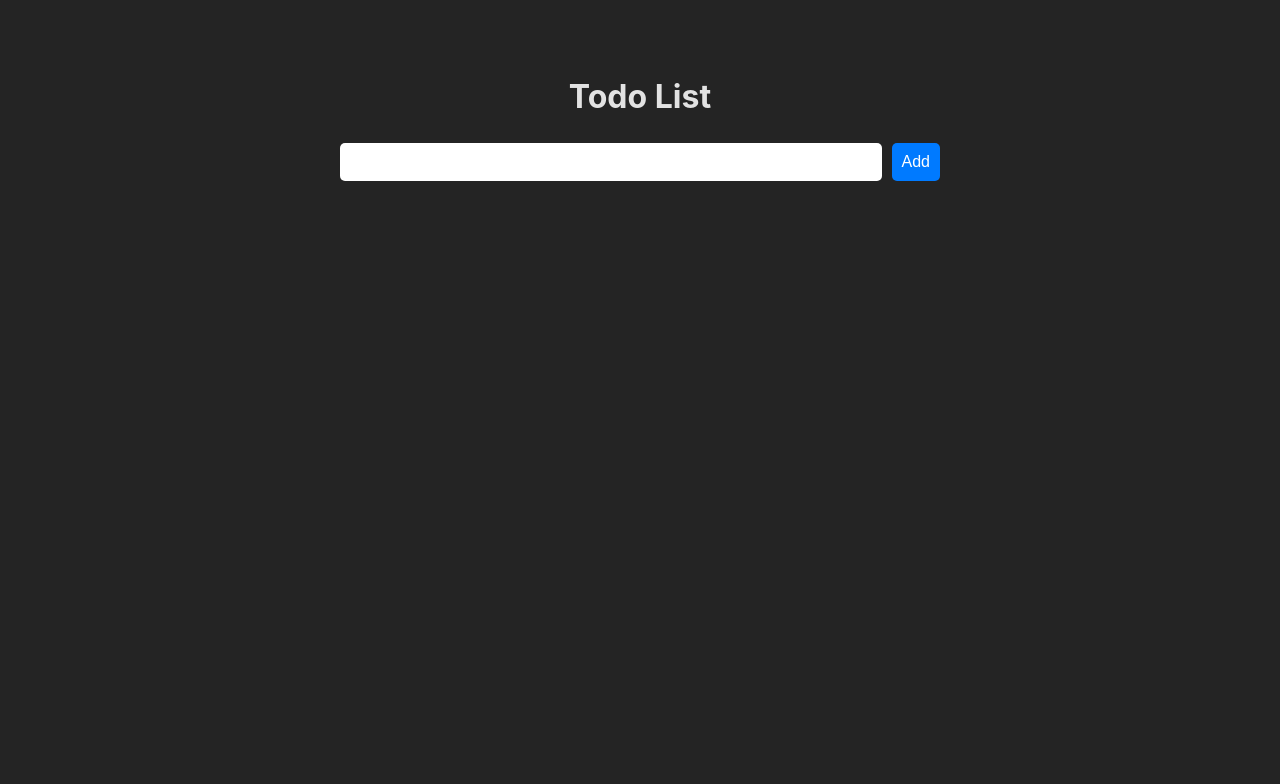
Repository: bianphang/todo-list_vanilla-js
Page: index.html
The author's editor kept a copy of each file at every save. The page is drawn from the files as they stood at one save, then again after the next save.
The browser window is 1280 px wide. The pictures show the whole page.

Above is the page before, as saved 2024-06-10 14:41:38.

### index.html
<!DOCTYPE html>
<html lang="en">
  <head>
    <meta charset="UTF-8" />
    <meta name="viewport" content="width=device-width, initial-scale=1.0" />
    <title>Todo List</title>
    <link rel="stylesheet" href="styles.css" />
  </head>
  <body>
    <div class="container">
      <h1 class="title">Todo List</h1>
      <form class="form" id="addForm">
        <input class="input" id="addInput" type="text" />
        <button class="btn">Add</button>
      </form>
      <ul class="todo-list" id="todoList"></ul>
    </div>
    <script src="script.js"></script>
  </body>
</html>

### styles.css
body {
  font-family: Inter, system-ui, Avenir, Helvetica, Arial, sans-serif;
  line-height: 1.5;
  font-weight: 400;

  color-scheme: light dark;
  color: rgba(255, 255, 255, 0.87);
  background-color: #242424;
  max-width: 1280px;
  min-height: 100vh;
  margin: 0 auto;
  padding: 2rem;
  text-align: center;
}

.container {
  max-width: 600px;
  padding: 20px;
  position: relative;
  top: 0;
  left: 50%;
  transform: translate(-50%, 0);
}

.title {
  text-align: center;
}

.todo-list {
  min-height: 200px;
  list-style: none;
  padding: 0;
  margin-top: 50px;
}

.todo-item {
  display: flex;
  justify-content: space-between;
  align-items: center;

  max-width: 100%;
  padding: 10px;
  margin-bottom: 10px;
  font-size: 16px;
  border-radius: 10px;
  border: 2px solid gray;
  background-color: #f5f5f5;
}

.todo-item .todo-label {
  flex: 1;
  font-size: 20px;
  text-align: left;
  color: black;
}

.todo-item .todo-action {
  display: flex;
  gap: 10px;
}

.form {
  width: 100%;
  display: flex;
  align-items: center;
  gap: 10px;
}

.input {
  flex: 1;
  padding: 10px;
  font-size: 16px;
  border-radius: 5px;
  border: none;
}

.btn {
  padding: 10px;
  font-size: 16px;
  color: #fff;
  background-color: #007aff;
  border-radius: 5px;
  border: none;
  cursor: pointer;
}

.btn:hover {
  opacity: 0.7;
}

.btn.btn-edit {
  background-color: #baa800;
}

.btn.btn-delete {
  background-color: #dc3545;
}

.btn.btn-done {
  background-color: #28a745;
}

.todo-item.done {
  background-color: #565656;
}

.todo-item.done .todo-label {
  text-decoration: line-through;
  color: white;
}

.todo-item.done .btn-done {
  background-color: #baa800;
}

.container ul li button.delete {
  color: #dc3545;
}

.container ul li button.delete:hover {
  color: #c82333;
}

.container ul li button.update {
  color: #ff9800;
}

.container ul li button.update:hover {
  color: #ff5722;
}

.container ul li button.done {
  color: #28a745;
}

.container ul li button.done:hover {
  color: #218838;
}

Loaded but not shown: script.js (no stored copy; drawn as an empty file)

After the next save:
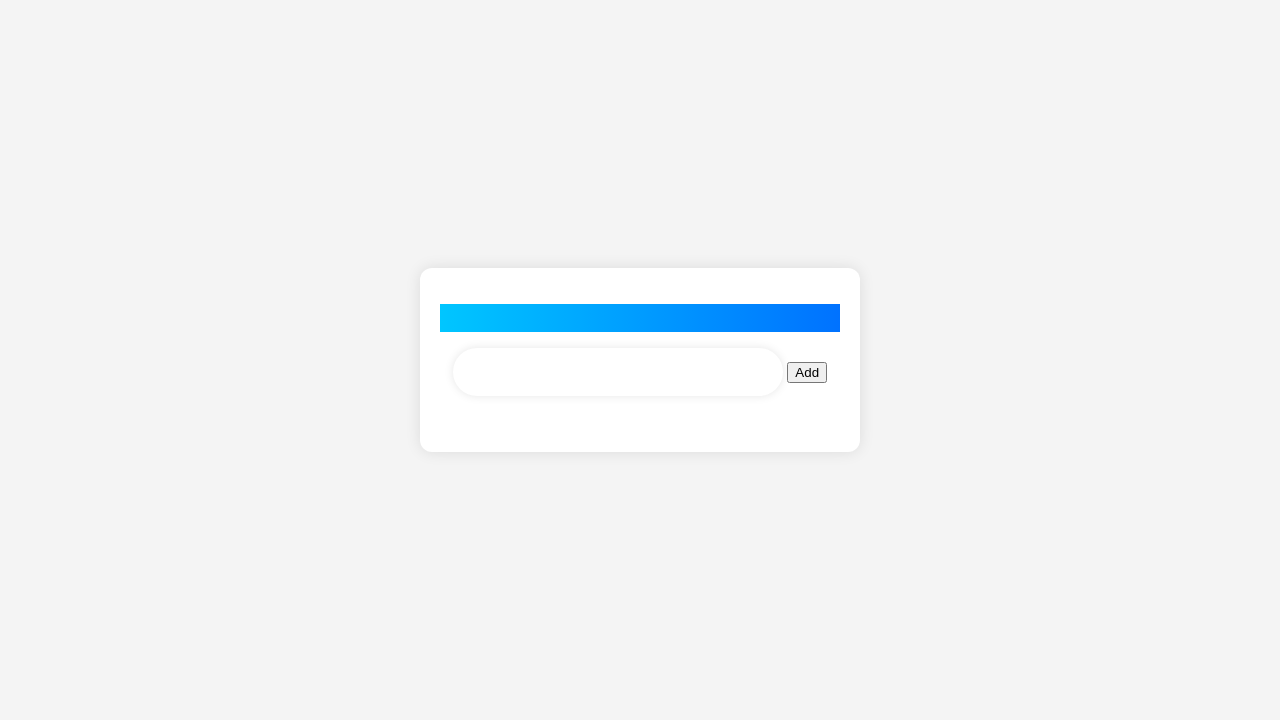
Saved 19 s later.
--- a/styles.css
+++ b/styles.css
@@ -1,116 +1,81 @@
 body {
-  font-family: Inter, system-ui, Avenir, Helvetica, Arial, sans-serif;
-  line-height: 1.5;
-  font-weight: 400;
+  font-family: Arial, sans-serif;
+  display: flex;
+  justify-content: center;
+  align-items: center;
+  height: 100vh;
+  margin: 0;
+  background-color: #f4f4f4;
+}
 
-  color-scheme: light dark;
-  color: rgba(255, 255, 255, 0.87);
-  background-color: #242424;
-  max-width: 1280px;
-  min-height: 100vh;
-  margin: 0 auto;
-  padding: 2rem;
+.container {
+  background: white;
+  padding: 20px;
+  border-radius: 12px;
+  box-shadow: 0 0 15px rgba(0, 0, 0, 0.1);
+  width: 400px;
   text-align: center;
 }
 
-.container {
-  max-width: 600px;
-  padding: 20px;
-  position: relative;
-  top: 0;
-  left: 50%;
-  transform: translate(-50%, 0);
+.container h1 {
+  font-size: 24px;
+  background: linear-gradient(to right, #00c6ff, #0072ff);
+  -webkit-text-fill-color: transparent;
 }
 
-.title {
-  text-align: center;
+.container input[type='text'] {
+  width: calc(100% - 100px);
+  padding: 15px;
+  margin-bottom: 20px;
+  border: none;
+  border-radius: 25px;
+  box-shadow: 0 0 10px rgba(0, 0, 0, 0.1);
+  font-size: 16px;
 }
 
-.todo-list {
-  min-height: 200px;
+.container #add-btn {
+  padding: 15px;
+  border: none;
+  background: linear-gradient(to right, #00c6ff, #0072ff);
+  color: white;
+  cursor: pointer;
+  border-radius: 25px;
+  margin-left: 10px;
+  font-size: 16px;
+  transition: background-color 0.3s;
+}
+
+.container #add-btn:hover {
+  background: linear-gradient(to right, #0072ff, #00c6ff);
+}
+
+.container ul {
   list-style: none;
   padding: 0;
-  margin-top: 50px;
 }
 
-.todo-item {
+.container ul li {
   display: flex;
   justify-content: space-between;
   align-items: center;
-
-  max-width: 100%;
-  padding: 10px;
+  padding: 15px;
   margin-bottom: 10px;
-  font-size: 16px;
+  border: 1px solid #ccc;
   border-radius: 10px;
-  border: 2px solid gray;
-  background-color: #f5f5f5;
+  background: #f9f9f9;
+  box-shadow: 0 0 10px rgba(0, 0, 0, 0.05);
 }
 
-.todo-item .todo-label {
-  flex: 1;
-  font-size: 20px;
-  text-align: left;
-  color: black;
+.container ul li.done {
+  text-decoration: line-through;
+  color: #777;
 }
 
-.todo-item .todo-action {
-  display: flex;
-  gap: 10px;
-}
-
-.form {
-  width: 100%;
-  display: flex;
-  align-items: center;
-  gap: 10px;
-}
-
-.input {
-  flex: 1;
-  padding: 10px;
-  font-size: 16px;
-  border-radius: 5px;
-  border: none;
-}
-
-.btn {
-  padding: 10px;
-  font-size: 16px;
-  color: #fff;
-  background-color: #007aff;
-  border-radius: 5px;
+.container ul li button {
+  background: transparent;
   border: none;
   cursor: pointer;
-}
-
-.btn:hover {
-  opacity: 0.7;
-}
-
-.btn.btn-edit {
-  background-color: #baa800;
-}
-
-.btn.btn-delete {
-  background-color: #dc3545;
-}
-
-.btn.btn-done {
-  background-color: #28a745;
-}
-
-.todo-item.done {
-  background-color: #565656;
-}
-
-.todo-item.done .todo-label {
-  text-decoration: line-through;
-  color: white;
-}
-
-.todo-item.done .btn-done {
-  background-color: #baa800;
+  font-size: 18px;
 }
 
 .container ul li button.delete {

After the save that followed:
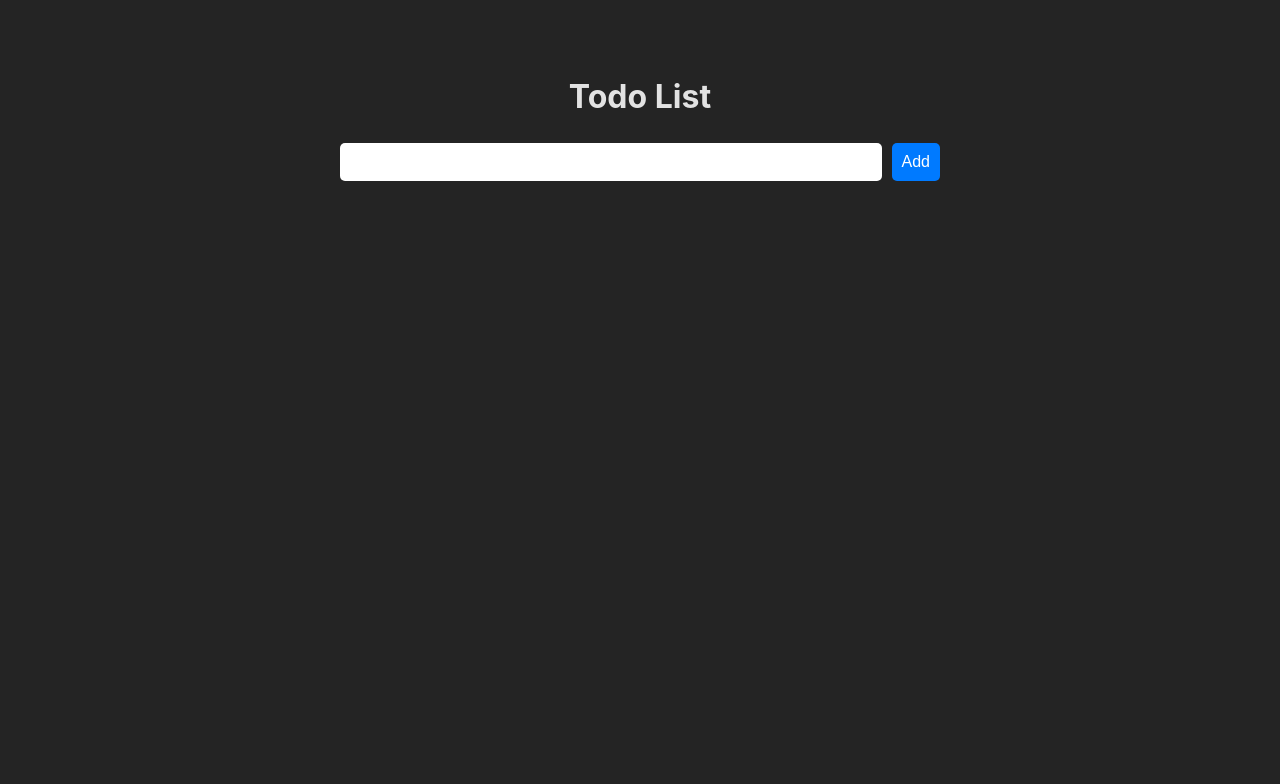
Saved 97 s later.
--- a/styles.css
+++ b/styles.css
@@ -1,81 +1,116 @@
 body {
-  font-family: Arial, sans-serif;
-  display: flex;
-  justify-content: center;
-  align-items: center;
-  height: 100vh;
-  margin: 0;
-  background-color: #f4f4f4;
+  font-family: Inter, system-ui, Avenir, Helvetica, Arial, sans-serif;
+  line-height: 1.5;
+  font-weight: 400;
+
+  color-scheme: light dark;
+  color: rgba(255, 255, 255, 0.87);
+  background-color: #242424;
+  max-width: 1280px;
+  min-height: 100vh;
+  margin: 0 auto;
+  padding: 2rem;
+  text-align: center;
 }
 
 .container {
-  background: white;
+  max-width: 600px;
   padding: 20px;
-  border-radius: 12px;
-  box-shadow: 0 0 15px rgba(0, 0, 0, 0.1);
-  width: 400px;
+  position: relative;
+  top: 0;
+  left: 50%;
+  transform: translate(-50%, 0);
+}
+
+.title {
   text-align: center;
 }
 
-.container h1 {
-  font-size: 24px;
-  background: linear-gradient(to right, #00c6ff, #0072ff);
-  -webkit-text-fill-color: transparent;
+.todo-list {
+  min-height: 200px;
+  list-style: none;
+  padding: 0;
+  margin-top: 50px;
 }
 
-.container input[type='text'] {
-  width: calc(100% - 100px);
-  padding: 15px;
-  margin-bottom: 20px;
-  border: none;
-  border-radius: 25px;
-  box-shadow: 0 0 10px rgba(0, 0, 0, 0.1);
-  font-size: 16px;
-}
-
-.container #add-btn {
-  padding: 15px;
-  border: none;
-  background: linear-gradient(to right, #00c6ff, #0072ff);
-  color: white;
-  cursor: pointer;
-  border-radius: 25px;
-  margin-left: 10px;
-  font-size: 16px;
-  transition: background-color 0.3s;
-}
-
-.container #add-btn:hover {
-  background: linear-gradient(to right, #0072ff, #00c6ff);
-}
-
-.container ul {
-  list-style: none;
-  padding: 0;
-}
-
-.container ul li {
+.todo-item {
   display: flex;
   justify-content: space-between;
   align-items: center;
-  padding: 15px;
+
+  max-width: 100%;
+  padding: 10px;
   margin-bottom: 10px;
-  border: 1px solid #ccc;
+  font-size: 16px;
   border-radius: 10px;
-  background: #f9f9f9;
-  box-shadow: 0 0 10px rgba(0, 0, 0, 0.05);
+  border: 2px solid gray;
+  background-color: #f5f5f5;
 }
 
-.container ul li.done {
-  text-decoration: line-through;
-  color: #777;
+.todo-item .todo-label {
+  flex: 1;
+  font-size: 20px;
+  text-align: left;
+  color: black;
 }
 
-.container ul li button {
-  background: transparent;
+.todo-item .todo-action {
+  display: flex;
+  gap: 10px;
+}
+
+.form {
+  width: 100%;
+  display: flex;
+  align-items: center;
+  gap: 10px;
+}
+
+.input {
+  flex: 1;
+  padding: 10px;
+  font-size: 16px;
+  border-radius: 5px;
+  border: none;
+}
+
+.btn {
+  padding: 10px;
+  font-size: 16px;
+  color: #fff;
+  background-color: #007aff;
+  border-radius: 5px;
   border: none;
   cursor: pointer;
-  font-size: 18px;
+}
+
+.btn:hover {
+  opacity: 0.7;
+}
+
+.btn.btn-edit {
+  background-color: #baa800;
+}
+
+.btn.btn-delete {
+  background-color: #dc3545;
+}
+
+.btn.btn-done {
+  background-color: #28a745;
+}
+
+.todo-item.done {
+  background-color: #565656;
+}
+
+.todo-item.done .todo-label {
+  text-decoration: line-through;
+  color: white;
+}
+
+.todo-item.done .btn-done {
+  background-color: #baa800;
 }
 
 .container ul li button.delete {
